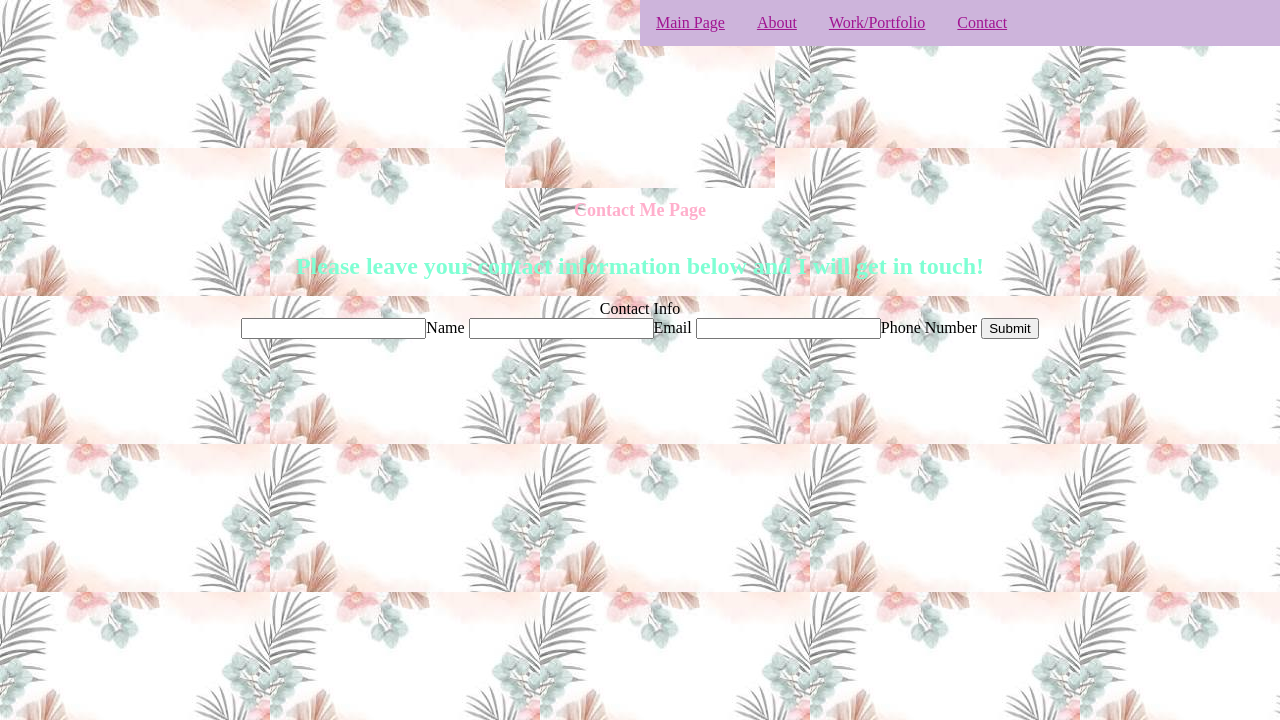
Repository: MelindaN14/My-Personal-Website
Page: contact.html
These files come from the project's save history. The page is drawn as it stood at one moment and after the next save; the edit follows.
The browser window is 1280 px wide. The pictures show the whole page.

Above is the page before, as saved 2024-03-25 22:33:31.

After the next save:
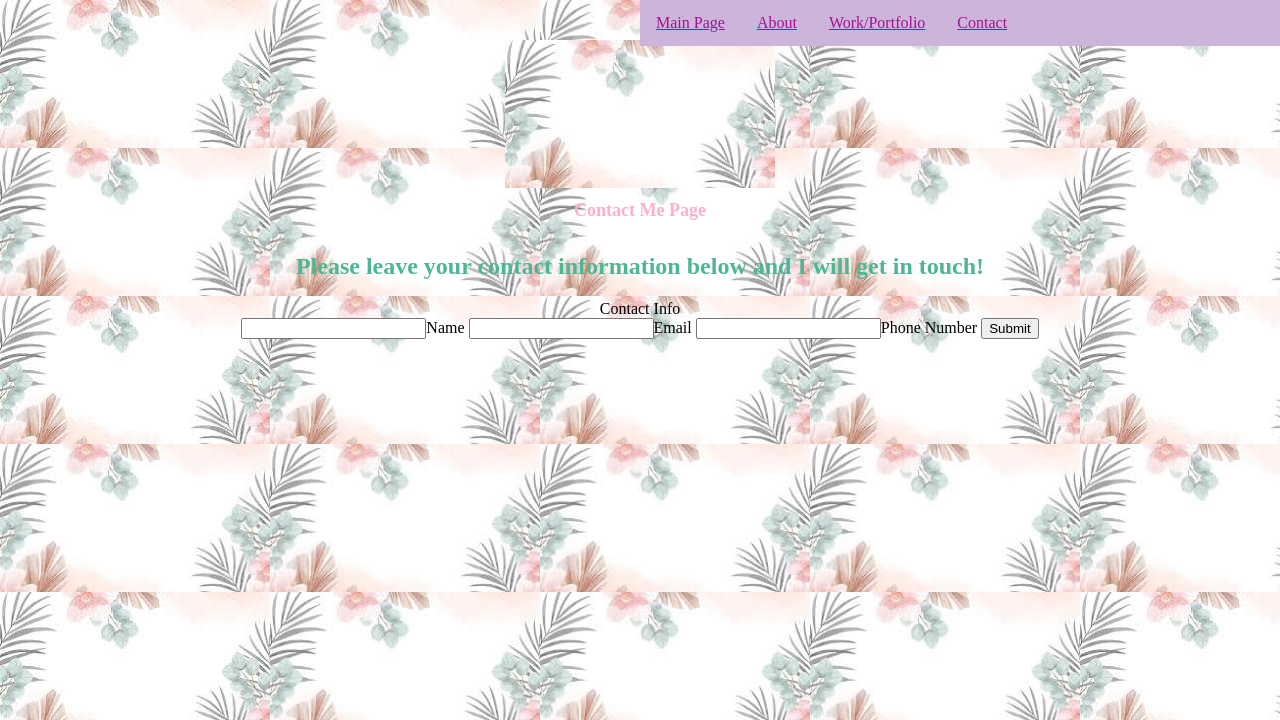
Saved 10 s later.
--- a/style.css
+++ b/style.css
@@ -34,7 +34,7 @@ h1 {
   text-align: center;
 }
 h2{
-    color:aquamarine;
+    color:rgb(79, 182, 147);
 }
 p {
   color: #cdb4db;
